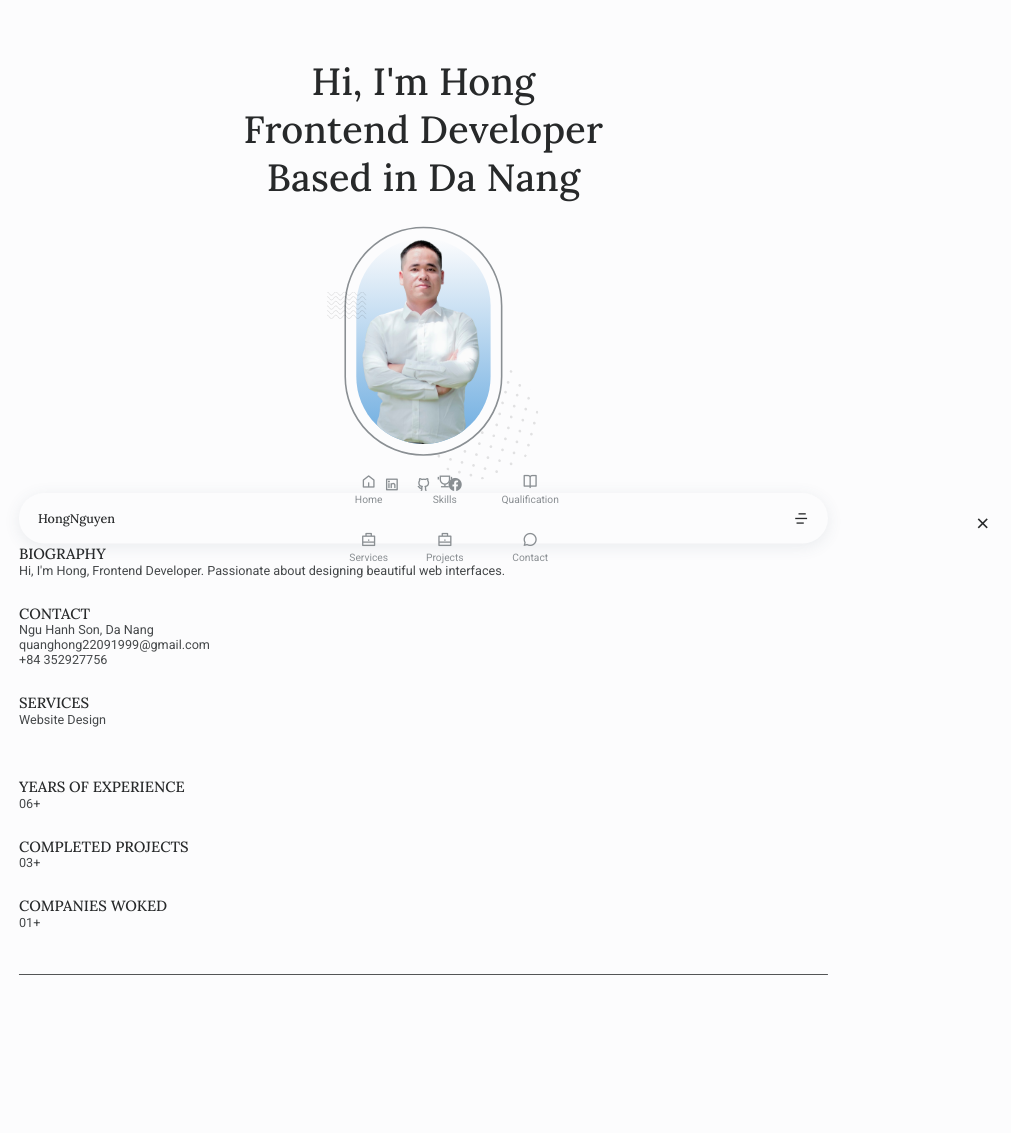
Repository: hnguyeng/myportfoliohongnguyen
Page: index.html
These files come from the project's save history. The page is drawn as it stood at one moment and after the next save; the edit follows.
The browser window is 1280 px wide. The pictures show the whole page, at 79% of full size.
Some web libraries are served in a nearby version.

Above is the page before, as saved 2023-07-17 14:19:06.

### index.html
<!DOCTYPE html>
<html lang="en">
<head>
    <meta charset="UTF-8">
    <meta name="viewport" content="width=device-width, initial-scale=1.0">
    <title>Document</title>
    <link rel="stylesheet" href="./assets/css/style.css">
    <!-- remixicon -->
    <link href="https://cdn.jsdelivr.net/npm/remixicon@3.4.0/fonts/remixicon.css" rel="stylesheet">
    <!-- google fonts -->
    <link rel="preconnect" href="https://fonts.googleapis.com">
    <link rel="preconnect" href="https://fonts.gstatic.com" crossorigin>
    <link href="https://fonts.googleapis.com/css2?family=Inter:wght@600&family=Lobster&family=Lora:wght@400;500;600&family=Permanent+Marker&family=Poppins:wght@300;400;500;600;700;800;900&family=Roboto:wght@400;500&display=swap" rel="stylesheet">
</head>
<body>
    <!-- header -->
    <header class="header" id="header">
        <nav class="nav container">
            <a href="#" class="nav__logo">
                HongNguyen
            </a>
            <div class="nav__menu" id="nav-menu">
                <ul class="nav__list grid">
                    <li class="nav__item">
                        <a href="#home" class="nav__link">
                            <i class="ri-home-5-line"></i> Home
                        </a>
                    </li>
                    <li class="nav__item">
                        <a href="#skills" class="nav__link">
                            <i class="ri-trophy-line"></i> Skills
                        </a>
                    </li>
                    <li class="nav__item">
                        <a href="#qualification" class="nav__link">
                            <i class="ri-book-open-line"></i> Qualification
                        </a>
                    </li>
                    <li class="nav__item">
                        <a href="#services" class="nav__link">
                            <i class="ri-briefcase-line"></i> Services
                        </a>
                    </li>
                    <li class="nav__item">
                        <a href="#projects" class="nav__link">
                            <i class="ri-briefcase-line"></i> Projects
                        </a>
                    </li>
                    <li class="nav__item">
                        <a href="#contact" class="nav__link">
                            <i class="ri-chat-3-line"></i> Contact
                        </a>
                    </li>

                </ul>
                <!-- close button -->
                <div class="nav__close" id="nav-close">
                    <i class="ri-close-line"></i>
                </div>
            </div>
            <div class="nav__buttons">
                <!-- Theme change button -->
                <!-- <i class="ri-moon-line change theme" id="theme-button"></i> -->
                <!-- Toggle button -->
                <div class="nav__toggle" id="nav-toggle">
                    <i class="ri-menu-4-line"></i>
                </div>
            </div>
        </nav>
    </header>
    <!-- main -->
    <main class="main">
        <!-- ==============HOME=============== -->
        <section class="home section" id="home">
            <div class="home__container container grid section__border">
                <div class="home__data grid">
                    <h1 class="home__title">
                        Hi, I'm Hong <br>
                        Frontend Developer <br>
                        Based in Da Nang <br>
                    </h1>
                    <div class="home__blob grid">
                        <div class="home__perfil">
                            <img src="./assets/imgs/perfil.png" alt="home perfil">
                        </div>
                        <img src="./assets/imgs/shape-wawes.svg" alt="" class="home__shape-wawes">
                        <img src="./assets/imgs/shape-circle.svg" alt="" class="home__shape-circle">
                    </div>
                    <ul class="home__social">
                        <a href="https://www.linkedin.com/in/hongnguyen22/" target="_blank" class="home__social-link">
                            <i class="ri-linkedin-box-line"></i>
                        </a>
                        <a href="https://github.com/hnguyeng" target="_blank" class="home__social-link">
                            <i class="ri-github-line"></i>
                        </a>
                        <a href="https://www.facebook.com/Hin229" target="_blank" class="home__social-link">
                            <i class="ri-facebook-circle-fill"></i>
                        </a>
                    </ul>
                </div>
                <!-- ==============HOME INFO 1=============== -->
                <div class="home__info">
                    <div>
                        <h3 class="home__info-title">
                            BIOGRAPHY
                        </h3>
                        <p class="home__info-description">
                            Hi, I'm Hong, Frontend Developer.
                            Passionate about designing beautiful web interfaces.
                        </p>
                    </div>
                    <div>
                        <h3 class="home__info-title">
                            CONTACT
                        </h3>
                        <p class="home__info-description">
                            Ngu Hanh Son, Da Nang <br>
                            quanghong22091999@gmail.com <br>
                            +84 352927756 <br>
                        </p>
                    </div>
                    <div>
                        <h3 class="home__info-title">
                            SERVICES
                        </h3>
                        <p class="home__info-description">
                            Website Design <br>
                        </p>
                    </div>
                </div>
                <!-- ==============HOME INFO 2=============== -->
                <div class="home__info">
                    <div>
                        <h3 class="home__info-title">
                            YEARS OF EXPERIENCE
                        </h3>
                        <p class="home__info-number">
                        06+
                        </p>
                    </div>
                    <div>
                        <h3 class="home__info-title">
                            COMPLETED PROJECTS
                        </h3>
                        <p class="home__info-number">
                            03+
                        </p>
                    </div>
                    <div>
                        <h3 class="home__info-title">
                            COMPANIES WOKED
                        </h3>
                        <p class="home__info-number">
                            01+
                        </p>
                    </div>
                </div>
            </div>
        </section>
        <!-- ================SKILLS=========== -->
        <section class="skills section" id="skills"></section>
        <!-- =============QUALIFICATION============= -->
        <section class="qualification section" id="qualification"></section>
    </main>

    <script src="./assets/js/main.js"></script>
</body>
</html>

### assets/css/style.css
/* =============VARIABLES CSS============ */
:root {
    --header-height: 3.5rem;
    /* ========= Colors ========== */
    /*Colors mode HSL(hue, saturation, lightness)*/
    --first-color: hsl(207, 65%, 65%);
    --title-color: hsl(207, 4%, 16%);
    --text-color: hsl(207, 4%, 28%);
    --text-color-light: hsl(207, 4%, 56%);
    --body-color: hsl(207, 4%, 99%);
    /* Change the first number */
    /* Blue: 207 - Purple: 250 - Pink: 356 - Teal: 174 */
    --gradient-color: linear-gradient(180deg,
                         hsla(207, 48%, 72%, 0),
                         hsla(207, 65%, 65%, 1));
    /* ========== Font and typography ========== */
    /*.5rem = 8px | 1rem = 16px ... */
    --body-font: 'Roboto', sans-serif;
    --title-font: 'Lora', serif;
    --biggest-font-size: 1.5rem;
    --h1-font-size: 1.5rem;
    --h2-font-size: 1.25rem;
    --h3-font-size: 1rem;
    --normal-font-size:.938rem;
    --small-font-size:.813rem;
    --smaller-font-size:.75rem;
    --tiny-font-size:.625rem;
    /* ==========Font weight======== */
    --font-medium: 500;
    --font-semi-bold: 600;
    /* ===========z index======== */
    --z-normal: 1;
    --z-tooltip: 10;
    --z-fixed: 100;
}
/* Reponsive typographt */
@media screen and (min-width: 1024px) {
    :root {
        --biggest-font-size: 3rem;
        --h1-font-size: 2.25rem;
        --h2-font-size: 1.rem;
        --h3-font-size: 1.25rem;
        --normal-font-size: 1rem;
        --small-font-size: .875rem;
        --smaller-font-size: .813rem;
        --tiny-font-size: .688rem;
    }
}
/* ===============BASE============= */
*{
    margin: 0;
    padding: 0;
    box-sizing: border-box;
}
html{
    scroll-behavior: smooth;
}
body{
    font-family: var(--body-font);
    font-size: var(--normal-font-size);
    background-color:var(--body-color);
    color: var(--text-color);
}
h1,h2,h3{
    color: var(--title-color);
    font-family: var(--title-font);
    font-weight: var(--font-medium);
}
ul{
    list-style: none;
}
a{
    text-decoration: none;
}
img{
    width: 100%;
    height: auto;
}
/* ===========REUSABLE CSS CLASSES============ */
.container{
    max-width: 1024px;
    margin-inline: 1.5rem;
}
.grid{
    display: grid;
    gap: 1.5rem;
}
.section{
    padding-block: 2.5rem;
}
.section__border{
    border-bottom: 1px solid var(--title-color);
    padding-bottom: 3.5rem;
}
.section__title,
.section__subtitle{
    text-align: center;
}
.section__title{
    font-size: var(--h1-font-size);
    font-weight: var(--font-semi-bold);
    margin-bottom: .25rem;
}
.section__subtitle{
    display: block;
    font-size: var(--small-font-size);
    color: var(--text-color-light);
    margin-bottom: 3rem;
}
.main{
    overflow: hidden;
}
/* ============= HEADER AND NAV ============ */
.header{
    width: 100%;
    position: fixed;
    bottom: 2rem;
    left: 0;
    z-index: var(--z-fixed);
}
.nav{
    height: calc(var(--header-height) + .5rem);
    display: flex;
    justify-content: space-between;
    align-items: center;
    background-color: var(--body-color);
    box-shadow: 0 4px 20px hsla(207, 24%, 35%, .1);
    padding-inline: 1.5rem;
    border-radius: 3rem;
}
.nav__logo,
.nav__toggle,
.nav__close{
    color: var(--title-color);
}
.nav__logo{
    font-weight: var(--font-medium);
    font-family: var(--title-font);
}
.nav__toggle{
    display: flex;
    font-size: 1.25rem;
    cursor: pointer;
}
@media screen and (max-width:1023px) {
    .nav__menu{
        position: fixed;
        width: 88%;
        right: 0;
        left: 0;
        bottom: -60%;
        margin: 0 auto;
        background-color: var(--body-color);
        box-shadow: 0 4px 20px hsla(207, 24%, 35%, .1);
        padding: 2rem 1.5rem 5rem;
        border-radius: 2rem;
        transition: bottom .3s;
    }
}
.nav__list{
    grid-template-columns: repeat(3, max-content);
    justify-content: center;
    gap: 2rem 3rem;
}
.nav__link{
    display: flex;
    flex-direction: column;
    align-items: center;
    row-gap: .25rem;
    font-size: var(--smaller-font-size);
    color: var(--text-color-light);
    transition: color .3s;
}
.nav__link:hover{
    color: var(--title-color);
}
.nav__link i{
    font-size: 1.25rem;
}
.nav__close{
    position: absolute;
    right: 1.5rem;
    bottom: .7rem;
    font-size: 1.5rem;
    cursor: pointer;
}
/* Show menu  */
.show-menu{
    bottom: 2rem;
}
/* Active link  */
/* =================HOME=============== */
.home__container{
    row-gap: 4rem;
    padding-top: 2rem;
}
.home__data{
    row-gap: 1.5rem;
}
.home__title{
    text-align: center;
    font-size: var(--biggest-font-size);
    letter-spacing: .3px;
    margin-bottom: .5rem;
}
.home__blob{
    position: relative;
    width: 200px;
    height: 290px;
    background-color: var(--body-color);
    border: 2px solid var(--text-color-light);
    justify-self: center;
    border-radius: 6.25rem;
    place-items: center;
}
.home__perfil{
    width: 170px;
    height: 260px;
    background: var(--gradient-color);
    border-radius: 5.5rem;
    overflow: hidden;
    display: flex;
    justify-content: center;
    align-items: flex-end;
}
.home__perfil img{
    height: 260px;
    object-fit: cover;
}
.home__shape-wawes,
.home__shape-circle{
    position: absolute;
    opacity: .1;
}
.home__shape-wawes{
    width: 50px;
    left: -1.5rem;
    top: 5rem;
}
.home__shape-circle{
    width: 150px;
    bottom: -2rem;
    right: -3rem;
    transform: rotate(15deg);
    z-index: -1;
}
.home__social{
    justify-self: center;
    display: flex;
    column-gap: 1.25rem;
}
.home__social-link{
    font-size: 1.25rem;
    color: var(--text-color-light);
    transition: color .3s;
}
.home__social-link:hover{
    color: var(--title-color);
}
.home__info{
    display: grid;
    row-gap: 2rem;
}

### assets/js/main.js
/*=============== SHOW MENU ===============*/
const navMenu = document.getElementById('nav-menu'),
      navToggle = document.getElementById('nav-toggle'),
      navClose = document.getElementById('nav-close')

/*===== MENU SHOW =====*/
/* Validate if constant exists */
if(navToggle){
    navToggle.addEventListener('click', () =>{
        navMenu.classList.add('show-menu')
    })
}

/*===== MENU HIDDEN =====*/
/* Validate if constant exists */
if(navClose){
    navClose.addEventListener('click', () =>{
        navMenu.classList.remove('show-menu')
    })
}
/*=============== REMOVE MENU MOBILE ===============*/
const navLink = document.querySelectorAll('.nav__link')

const linkAction = () =>{
    const navMenu = document.getElementById('nav-menu')
    // When we click on each nav__link, we remove the show-menu class
    navMenu.classList.remove('show-menu')
}
navLink.forEach(n => n.addEventListener('click', linkAction))

After the next save:
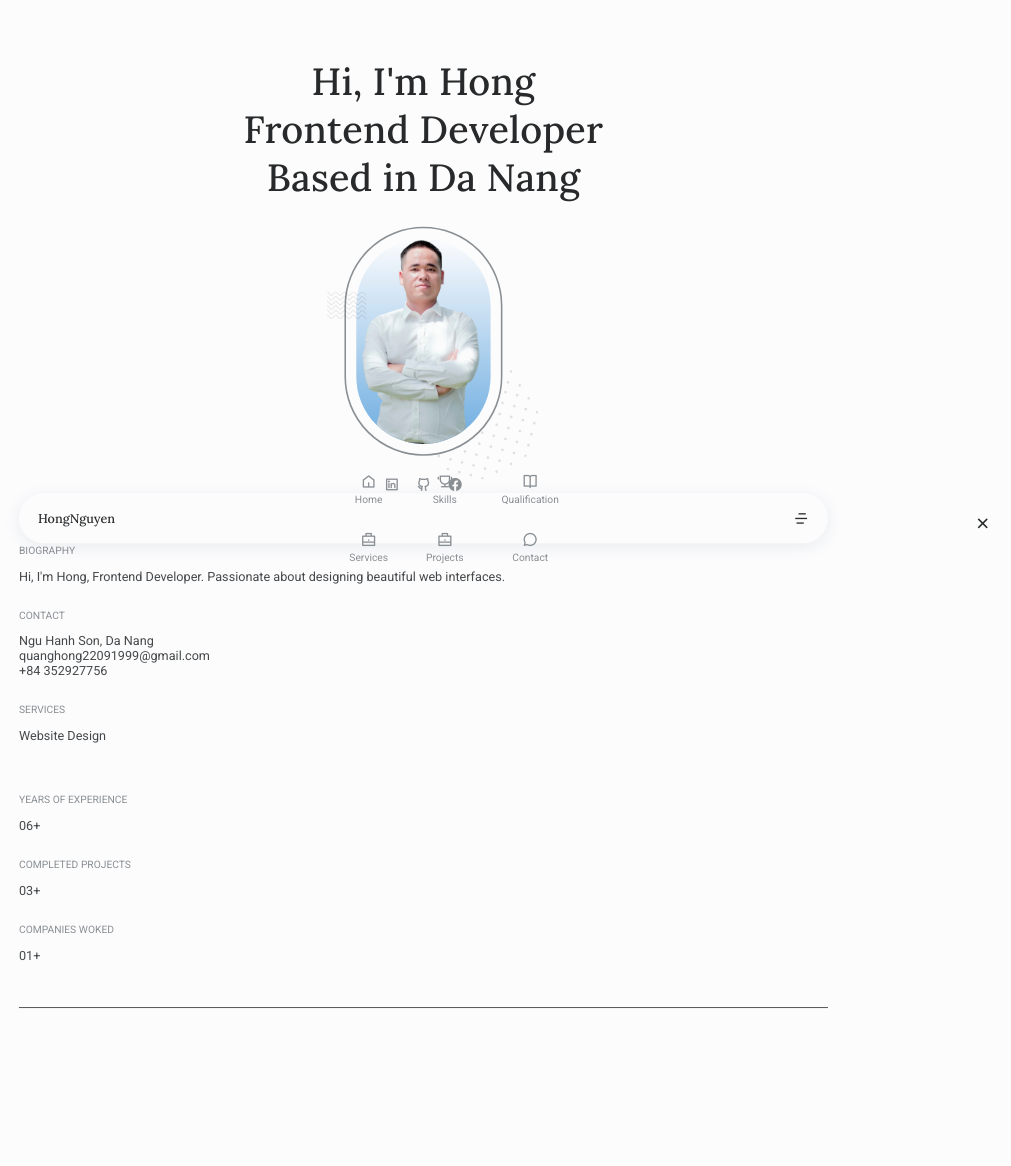
Saved 7 min 46 s later.
--- a/assets/css/style.css
+++ b/assets/css/style.css
@@ -261,3 +261,10 @@ img{
     display: grid;
     row-gap: 2rem;
 }
+.home__info-title{
+    font-size: var(--smaller-font-size);
+    font-family: var(--body-font);
+    font-weight: 400;
+    color: var(--text-color-light);
+    margin-bottom: 1rem;
+}
